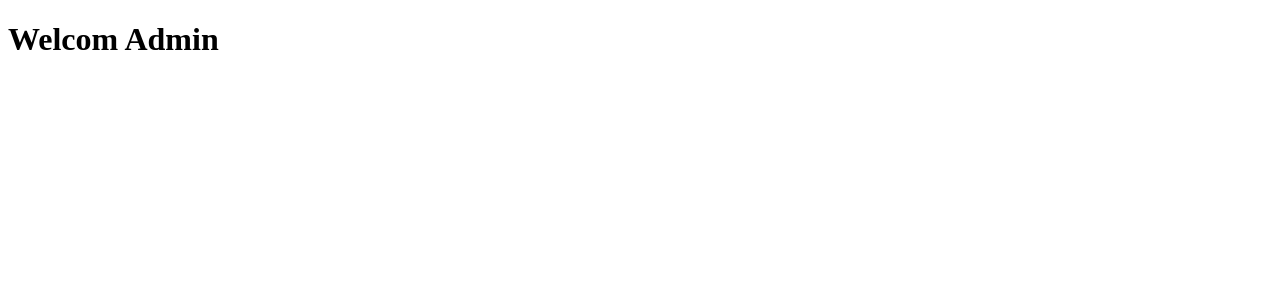
Repository: Ahmad-hamdan98/Java_Project
Page: http://localhost/javaproject/WIB-INF/addparts.jsp
An editor plug-in stored every save of this project. The page is shown before and after the next save, followed by the edit.
The browser window is 1280 px wide. The pictures show the whole page.
The page is served by Tomcat 9. Other server files are loaded and not shown.

Above is the page before, as saved 2022-11-20 07:29:50.

### atfirst/javaproject/src/main/webapp/WIB-INF/addparts.jsp
 <%@ page language="java" contentType="text/html; charset=UTF-8" pageEncoding="UTF-8"%>
<!-- c:out ; c:forEach etc. -->
  <%@taglib uri="http://java.sun.com/jsp/jstl/core" prefix="c"%>
 <!-- Formatting (dates) -->
<%@taglib uri="http://java.sun.com/jsp/jstl/fmt" prefix="fmt"%>
<!-- form:form -->
<%@ taglib prefix="form" uri="http://www.springframework.org/tags/form"%>
<!-- for rendering errors on PUT routes -->
<%@ page isErrorPage="true" %>
<!DOCTYPE html>
<html>
<head>
<meta charset="ISO-8859-1">
<title>Insert title here</title>
</head>
<body>
<h1>Welcom Admin</h1>
</body>
</html>

After the next save:
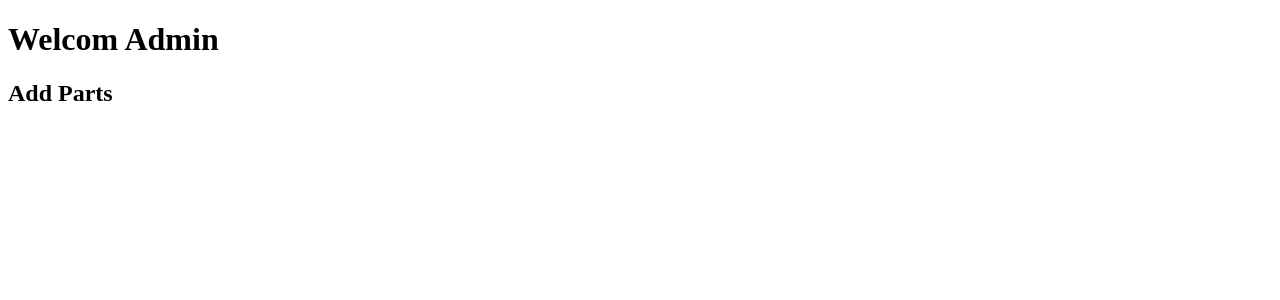
Saved 16 s later.
--- a/atfirst/javaproject/src/main/webapp/WIB-INF/addparts.jsp
+++ b/atfirst/javaproject/src/main/webapp/WIB-INF/addparts.jsp
@@ -15,5 +15,7 @@
 </head>
 <body>
 <h1>Welcom Admin</h1>
+
+<h2>Add Parts</h2>
 </body>
 </html>
